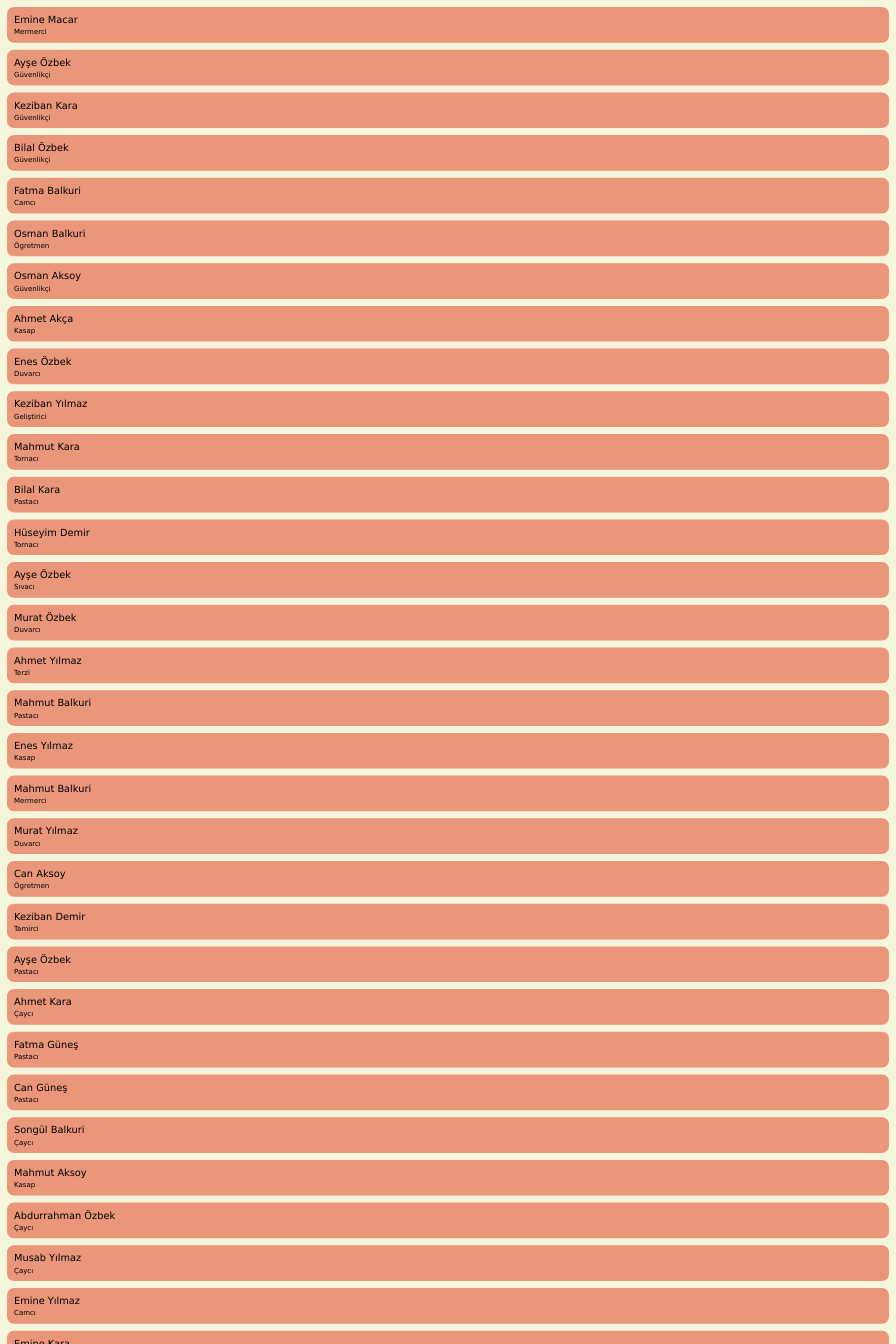
Repository: Sonvatan/S-f-rdan-geli-tirici-olmak-hafta-6
Page: İndex.html
The author's editor kept a copy of each file at every save. The page is drawn from the files as they stood at one save, then again after the next save.
The browser window is 1280 px wide. The pictures show the part of the page from y = 0 to 1920 px (the page is 4758 px tall), at 70% of full size.
The pointer rests on the first visible `.person`.

Above is the page before, as saved 2024-02-01 23:59:00.

### İndex.html
<html>
    <head>
        <title>Week-6</title>
        <style>
            * {
                padding: 0;
                margin: 0;
            }

            html, body, #root {
                background-color: beige;
                height: 100%;
                width: 100%;
            }
            .person {
               background-color: darksalmon;
                flex-direction: column;
                border-radius: 10px;
                user-select: none;
                display: flex;
                padding: 10px;
                margin: 10px;
            }
            .person > .title {
                font-family: Verdana, Geneva, Tahoma, sans-serif;
                margin-bottom: 4px;
                font-size: 14px;
            }

            .person > .job {
                font-family: Verdana, Geneva, Tahoma, sans-serif;
                font-size: 10px;

            }
        </style>
    </head>
    <body>
        <div id = "root"></div>

       <script>
            const names = [
                "Ahmet",
                "Mehmet",
                "Murat",
                "Ayşe",
                "Fatma",
                "Keziban",
                "Songül",
                "Emine",
                "Musab",
                "Abdurrahman",
                "Can",
                "Mahmut",
                "Bilal",
                "Büşra",
                "Hüseyim",
                "Osman",
                "Enes",
            ];

            const surnames = [
                "Balkuri",
                "Kara",
                "Güneş",
                "Özbek",
                "Yılmaz",
                "Macar",
                "Yılmaz",
                "Akça",
                "Demir",
                "Aksoy",

            ];

            const jobs = [
                "Tamirci",
                "Tornacı",
                "Çaycı",
                "Polis",
                "Ögretmen",
                "Camcı",
                "Güvenlikçi",
                "Pastacı",
                "Geliştirici",
                "Sıvacı",
                "Duvarcı",
                "Terzi",
                "Mermerci",
                "Kasap",

           ];



            const randomName = () => {
                return names[Math.floor(Math.random() * names.length)];

            };

            const randomSurname = () => {
                return surnames[Math.floor(Math.random() * surnames.length)];

            };

            const randomFullName = () => {
                const name = randomName();
                const surname = randomSurname();

                return ` ${name} ${surname}`;

            };
            const randomJob = () => {
                return jobs[Math.floor(Math.random() * jobs.length)];
            };

             let data = [];
            for(let i = 0; i < 78; i++) {
                data.push({
                    title:randomFullName(),
                    job: randomJob(),
                    id: i
                });
            }
            const containerDiv = document.getElementById("root");
            data.forEach((item,index) => {
                containerDiv.innerHTML += `<div id="${item.id}" class="person person-${index}">
                    <span class="title">${item.title}</span>
                    <span class= "job">${item.job}</span>

                </div>`;

            });

       </script>
    </body>
</html>

After the next save:
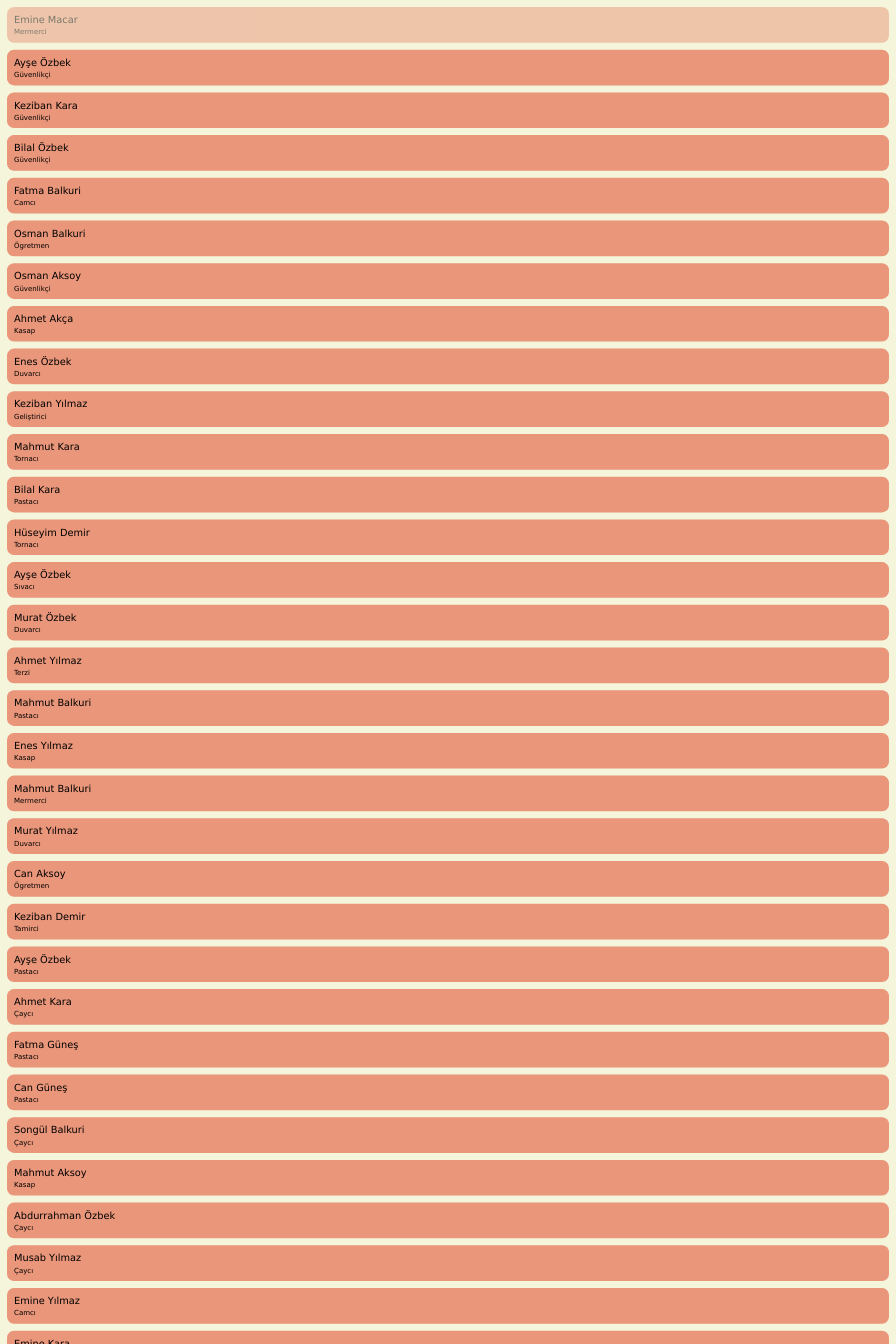
Saved 117 s later.
--- a/İndex.html
+++ b/İndex.html
@@ -31,6 +31,10 @@
                 font-family: Verdana, Geneva, Tahoma, sans-serif;
                 font-size: 10px;
 
+            }
+
+            .person:hover {
+                opacity: 0.5;
             }
         </style>
     </head>
